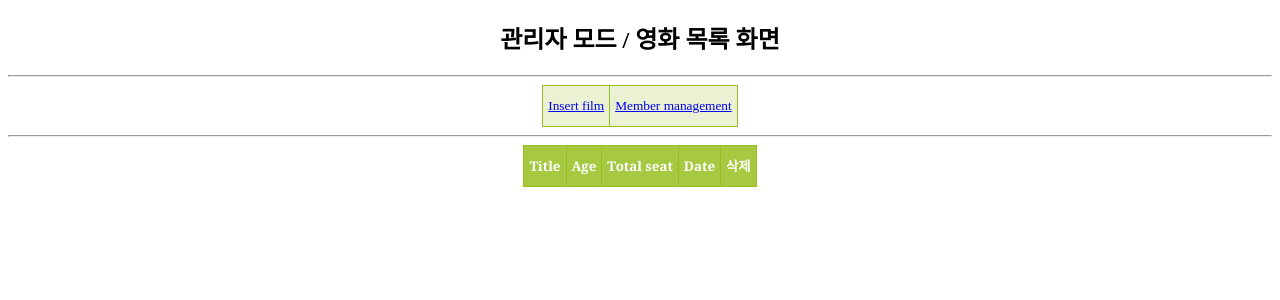
Repository: lmcoa15/Movie
Page: http://localhost/movie/admin/admin_mode.jsp
These files come from the project's save history. The page is drawn as it stood at one moment and after the next save; the edit follows.
The browser window is 1280 px wide. The pictures show the whole page.
The page is served by Tomcat 9.

Above is the page before, as saved 2015-12-07 06:44:57.

After the next save:
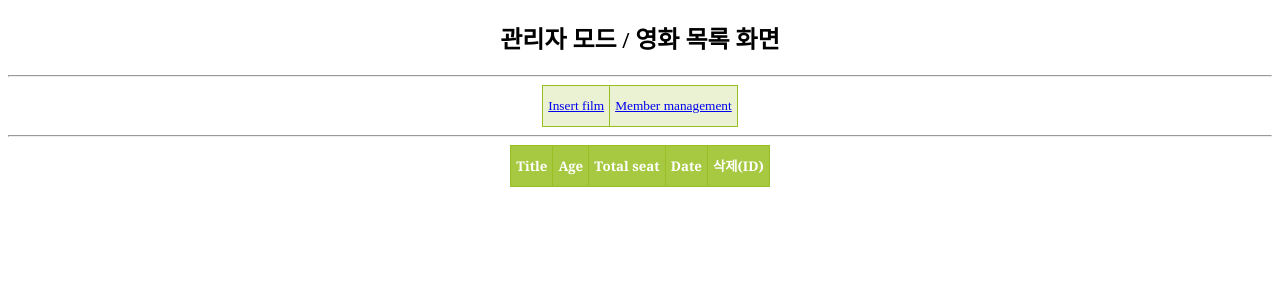
Saved 15 s later.
--- a/workspace/movie/WebContent/admin/admin_mode.jsp
+++ b/workspace/movie/WebContent/admin/admin_mode.jsp
@@ -30,7 +30,7 @@
 <table border="1">
 	<tr><th>Title</th><th>Age</th>
 	<th>Total seat</th><th>Date</th>
-	<th>삭제</th>
+	<th>삭제(ID)</th>
 	</tr>
 
 	<%
